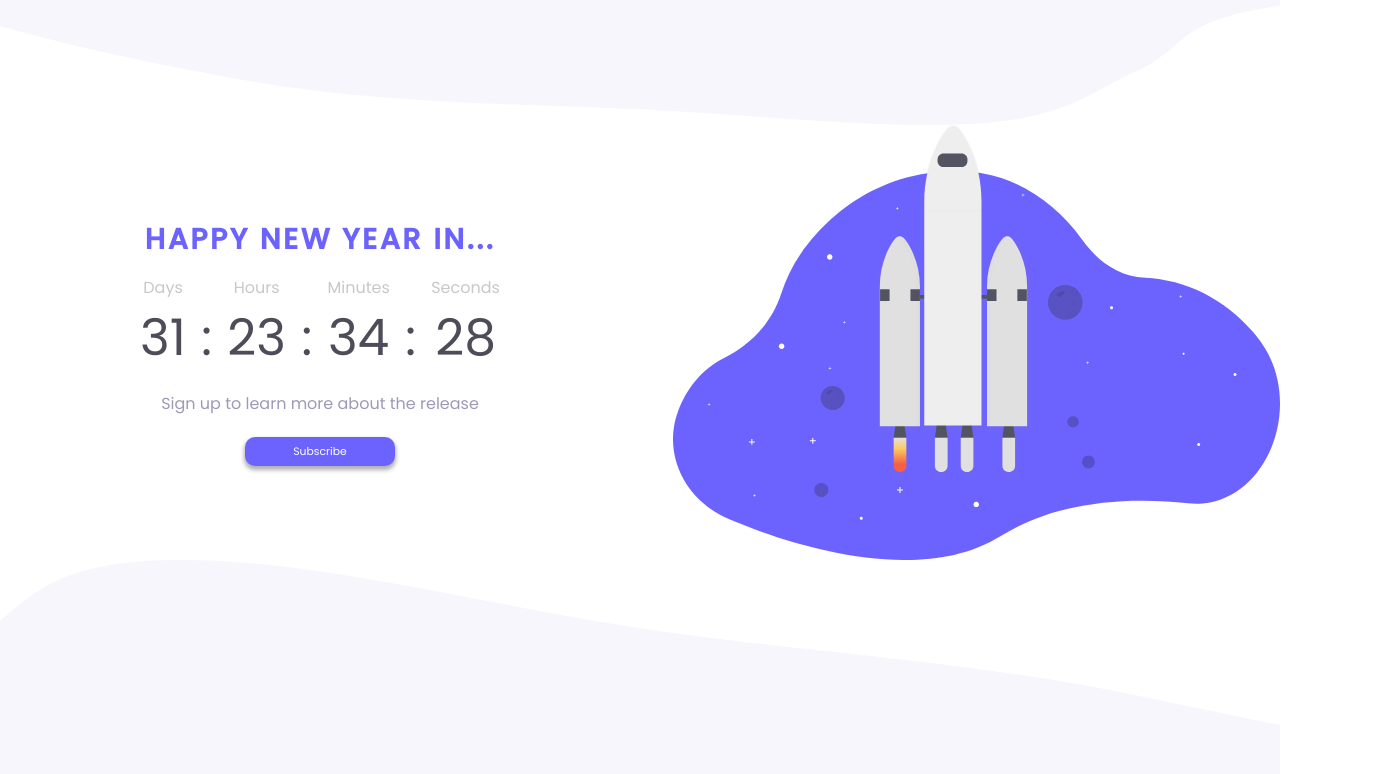
Repository: BrunoBross/countdown
Page: index.html
The author's editor kept a copy of each file at every save. The page is drawn from the files as they stood at one save, then again after the next save.
The browser window is 1280 px wide. The page is 1280 px wide, then 1382 px, then 1280 px, so the pictures cover 1382 px, including what lies to the right of the window. The pictures show the whole page.

Above is the page before, as saved 2021-11-30 01:38:29.

### index.html
<!DOCTYPE html>
<html lang="en">
<head>
  <meta charset="UTF-8">
  <meta http-equiv="X-UA-Compatible" content="IE=edge">
  <meta name="viewport" content="width=device-width, initial-scale=1.0">
  <link rel="shortcut icon" href="assets/rocket.svg" type="image/x-icon" />
  <title>Countdown</title>
  <link rel="stylesheet" href="./style.css">
  <link rel="preconnect" href="https://fonts.googleapis.com">
  <link rel="preconnect" href="https://fonts.gstatic.com" crossorigin>
  <link href="https://fonts.googleapis.com/css2?family=Poppins:wght@300;400;500&display=swap" rel="stylesheet">
</head>
<body>
  <div class="background">
    <img class="image" id="top" src="./assets/top-image.svg" alt="">
    <div class="center">
      <div class="content">
        <h1>HAPPY NEW YEAR IN...</h1>
        <div class="clock">
          <div class="time" id="days">
            <p>Days</p>
            <h1>00</h1>
          </div>
          <div class="time"><h1>:</h1></div>
          <div class="time" id="hours">
            <p>Hours</p>
            <h1>00</h1>
          </div>
          <div class="time"><h1>:</h1></div>
          <div class="time" id="minutes">
            <p>Minutes</p>
            <h1>00</h1>
          </div>
          <div class="time"><h1>:</h1></div>
          <div class="time" id="seconds">
            <p>Seconds</p>
            <h1>00</h1>
          </div>
        </div>
        <p>Sign up to learn more about the release</p>
        <button class="subscribe">Subscribe</button>
      </div>
      <img id="rocket" src="./assets/rocket.svg" alt="">
    </div>
    <img class="image" id="bottom" src="./assets/bottom-image.svg" alt="">
  </div>
</body>

<script src="./script.js"></script>
</html>

### style.css
*{
  padding: 0;
  margin: 0;
}

body{
  background-color: #FFF;
}

.background{
  height: 100vh;
  display: flex;
  flex-direction: column;
  justify-content: space-between;
}

.center{
  display: flex;
  justify-content: space-between;
  flex-wrap: wrap;
  width: 100vw;
}

.image{
  width: 100vw;
}

.clock{
  margin: 2vh 0;
  display: flex;
  gap: 1.2vw;
  align-items: flex-end;
  flex-wrap: wrap;
}

.time{
  display: flex;
  flex-direction: column;
  justify-content: center;
  align-items: center;
}

.time > p{
  font-family: 'Poppins', 'sans-serif';
  color: #C8C8C8;
}

.time > h1{
  font-family: 'Poppins', 'sans-serif';
  color: #4D4C59;
  font-size: 7vh;
  font-weight: 400;
}

.content{
  width: 50vw;
  display: flex;
  flex-direction: column;
  justify-content: center;
  align-items: center;
}

.content > h1{
  color: #6C63FF;
  font-family: 'Poppins', 'sans-serif';
  font-weight: 700;
  font-size: 4vh;
  letter-spacing: 0.2vw;
}

.content > p{
  font-family: 'Poppins', 'sans-serif';
  font-weight: 400;
  color: #9C9AB6;
}

.subscribe{
  margin-top: 3vh;
  width: 150px;
  height: 4vh;
  border: none;
  background-color: #6C63FF;
  border-radius: 10px;
  font-family: 'Poppins', 'sans-serif';
  font-weight: 400;
  font-size: 1.5vh;
  color: #FFF;
  box-shadow: 0 3px 4px 1px #00000050;
  cursor: pointer;
  transition: 0.2s;
}

.subscribe:hover{
  filter: brightness(0.9);
}

@media only screen and (max-width: 375px) {
  #rocket{
    display: none;
  }

  .center{
    justify-content: center;
    padding: 0;
  }

  .content{
    width: 85vw;
  }

  .content > h1{
    font-size: 3.5vh;
  }

  .background{
    height: 100vh;
  }
}

@media only screen and (max-width: 360px) {
  .content > p{
    font-size: 2vh;
  }
}

### script.js
// Set the date we're counting down to
var countDownDate = new Date("Jan 1, 2022 00:00:00").getTime();

// Update the count down every 1 second
var x = setInterval(function() {

  // Get today's date and time
  var now = new Date().getTime();

  // Find the distance between now and the count down date
  var distance = countDownDate - now;

  // Time calculations for days, hours, minutes and seconds
  var days = Math.floor(distance / (1000 * 60 * 60 * 24));
  var hours = Math.floor((distance % (1000 * 60 * 60 * 24)) / (1000 * 60 * 60));
  var minutes = Math.floor((distance % (1000 * 60 * 60)) / (1000 * 60));
  var seconds = Math.floor((distance % (1000 * 60)) / 1000);
  if(String(days).length == 1){
    days = '0'+days
  }
  if(String(hours).length == 1){
    hours = '0'+hours
  }
  if(String(minutes).length == 1){
    minutes = '0'+minutes
  }
  if(String(seconds).length == 1){
    seconds = '0'+seconds
  }

  // Display the result in the element with id="demo"
  document.querySelector("#days > h1").innerHTML = days
  document.querySelector("#hours > h1").innerHTML = hours
  document.querySelector("#minutes > h1").innerHTML = minutes
  document.querySelector("#seconds > h1").innerHTML = seconds

  // If the count down is finished, write some text
  if (distance < 0) {
    clearInterval(x);
    document.querySelector(".content > h1").innerHTML = "NEW YEAR!!";
  }
}, 1000);

After the next save:
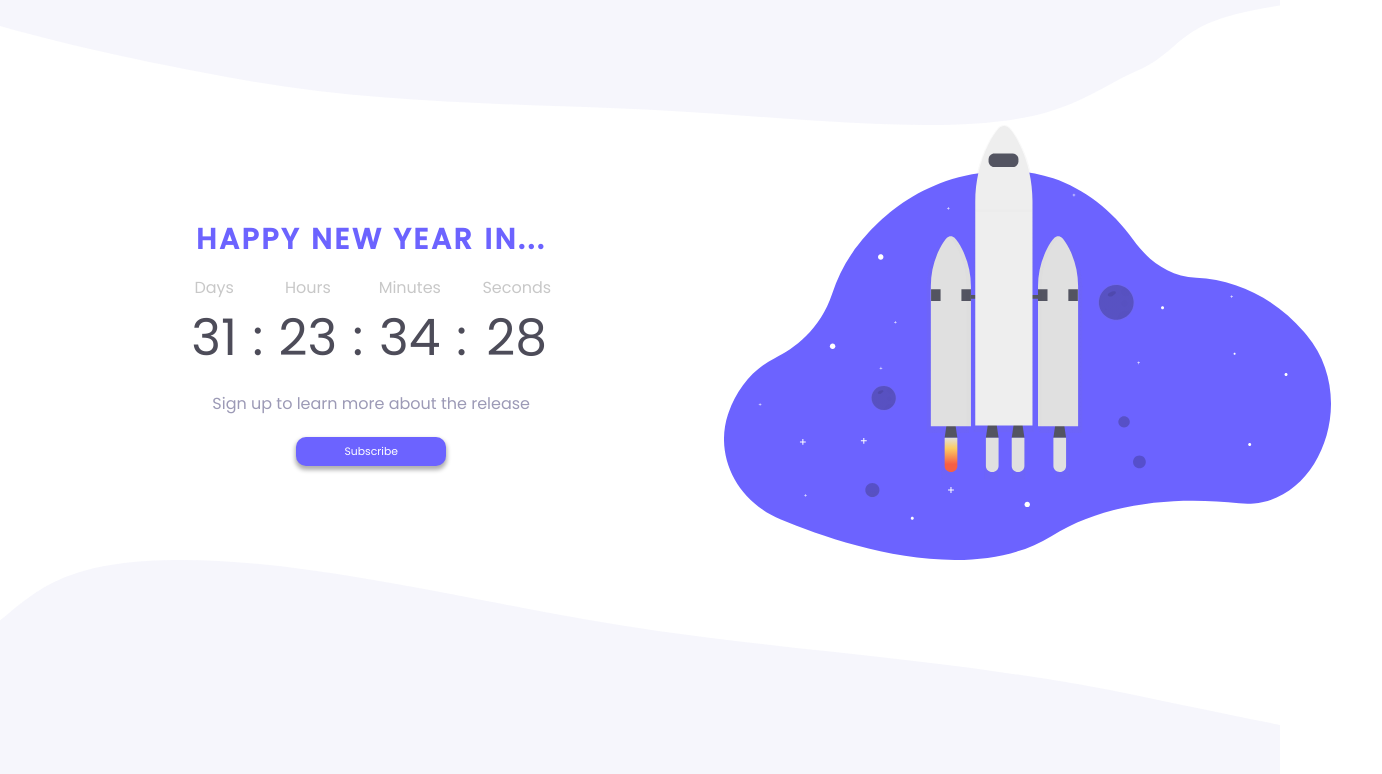
Saved 9 s later.
--- a/style.css
+++ b/style.css
@@ -15,6 +15,7 @@
 }
 
 .center{
+  padding: 0 4vw;
   display: flex;
   justify-content: space-between;
   flex-wrap: wrap;

After the save that followed:
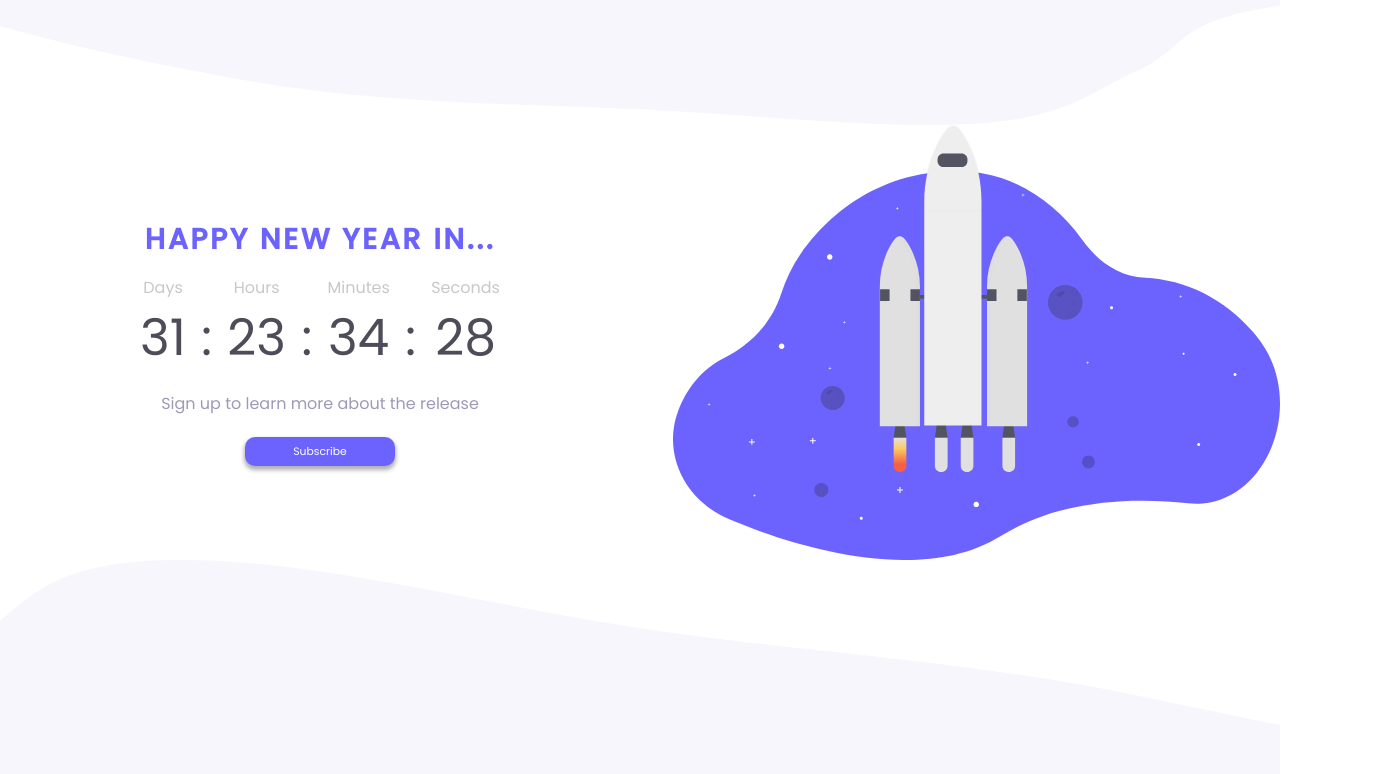
Saved 4 s later.
--- a/style.css
+++ b/style.css
@@ -15,7 +15,7 @@
 }
 
 .center{
-  padding: 0 4vw;
+  padding: 0;
   display: flex;
   justify-content: space-between;
   flex-wrap: wrap;
